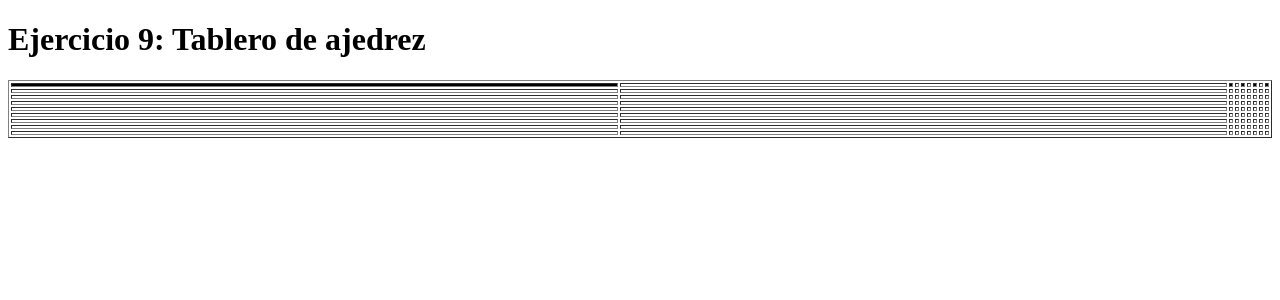
Repository: Ibizus/ejercicios_JSP
Page: http://localhost/ejercicios_Hector/ejercicio9/main.jsp
The author's editor kept a copy of each file at every save. The page is drawn from the files as they stood at one save, then again after the next save.
The browser window is 1280 px wide. The pictures show the whole page.
The page is served by Tomcat 9.

Above is the page before, as saved 2023-11-15 17:53:34.

### ejercicios_Hector/src/main/webapp/ejercicio9/main.jsp
<%@ page language="java" contentType="text/html; charset=UTF-8"
    pageEncoding="UTF-8"%>
<!DOCTYPE html>
<html>
<head>
<meta charset="UTF-8">
<title>Ejercicio 9</title>
</head>
<body>
	<h1>Ejercicio 9: Tablero de ajedrez</h1>

	<table border=1>
	<%
	for(int i=0; i<=8; i++){
	%>
		<tr>
		<% for(int j=0; j<=8; j++){
		%>
			<td width="50%" bgcolor="
				<%
				if(i+j %2 == 0){
				%>
					black">
				<%
				}else{
				%>
					white">
				<%
				}
				%>

			</td>
			<%
			}
			%>
		</tr>
	<%
	}
	%>
	</table>

</body>
</html>

After the next save:
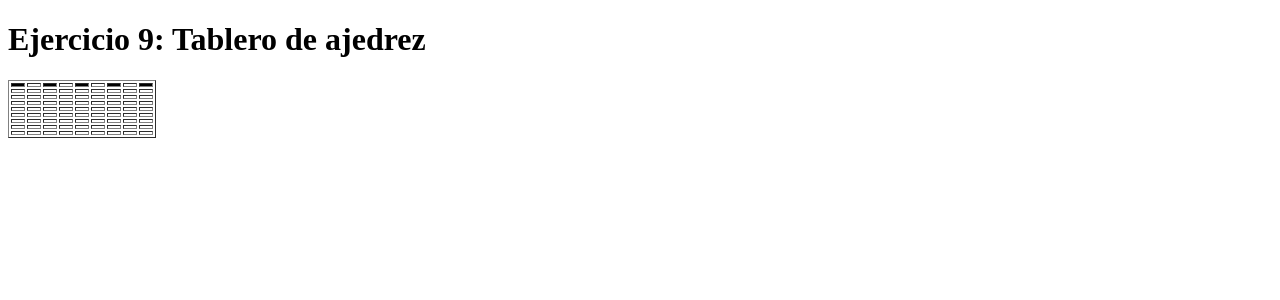
Saved 10 s later.
--- a/ejercicios_Hector/src/main/webapp/ejercicio9/main.jsp
+++ b/ejercicios_Hector/src/main/webapp/ejercicio9/main.jsp
@@ -16,7 +16,7 @@
 		<tr>
 		<% for(int j=0; j<=8; j++){
 		%>
-			<td width="50%" bgcolor="
+			<td width="10px" bgcolor="
 				<%
 				if(i+j %2 == 0){
 				%>
